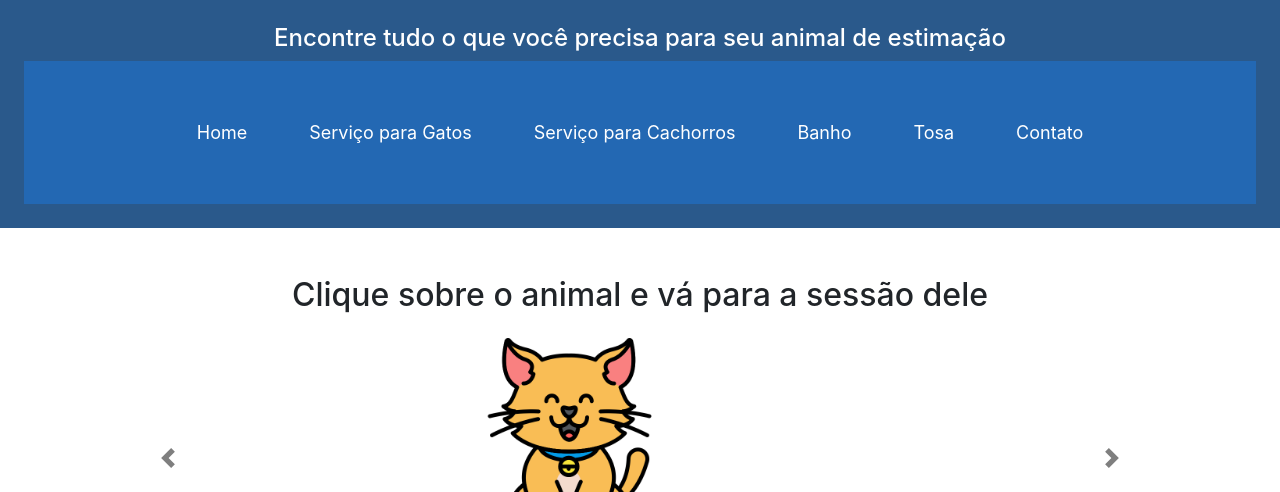
Repository: graeff01/petshop-project
Page: index.html
An editor plug-in stored every save of this project. The page is shown before and after the next save, followed by the edit.
The browser window is 1280 px wide. The pictures show the part of the page from y = 0 to 492 px (the page is 1762 px tall before and 1672 px after).
A picture or video elsewhere on the page could not be fetched, so the positions and the page height are approximate.

Above is the page before, as saved 2024-09-18 11:27:38.

After the next save:
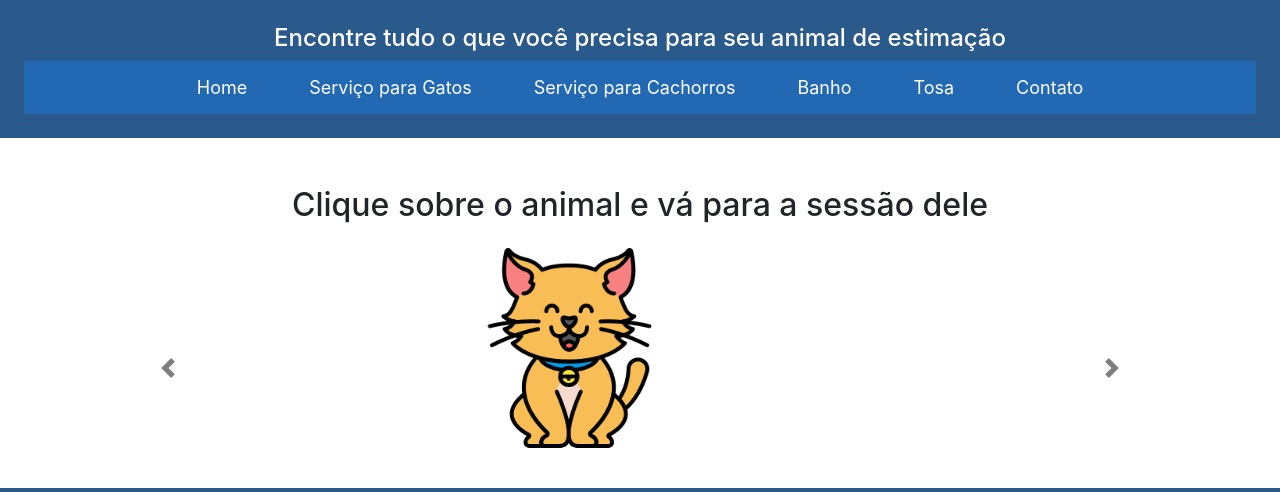
Saved 4 s later.
--- a/css/style.css
+++ b/css/style.css
@@ -26,7 +26,7 @@ nav ul {
     display: flex;
     justify-content: center;
     background-color: #2368b3;
-    padding: 50px 0;
+    padding: 5px 0;
 }
 
 nav ul li {
